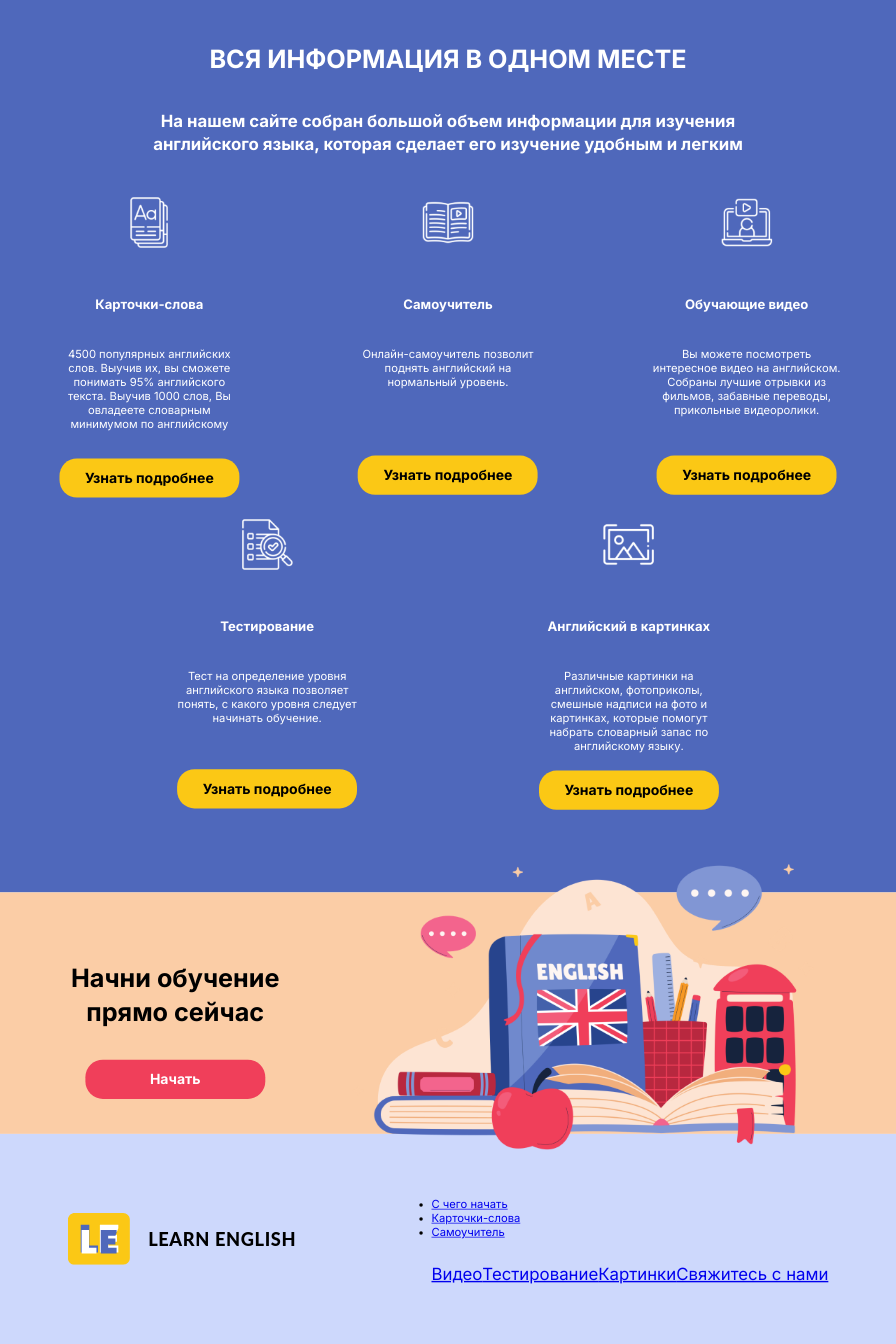
Repository: WladimirVA/Diplom
Page: scool/index.html
An editor plug-in stored every save of this project. The page is shown before and after the next save, followed by the edit.
The browser window is 1280 px wide. The pictures show the part of the page from y = 1377 to 3297 px (the page is 3297 px tall), at 70% of full size.

Above is the page before, as saved 2023-07-19 15:05:24.

After the next save:
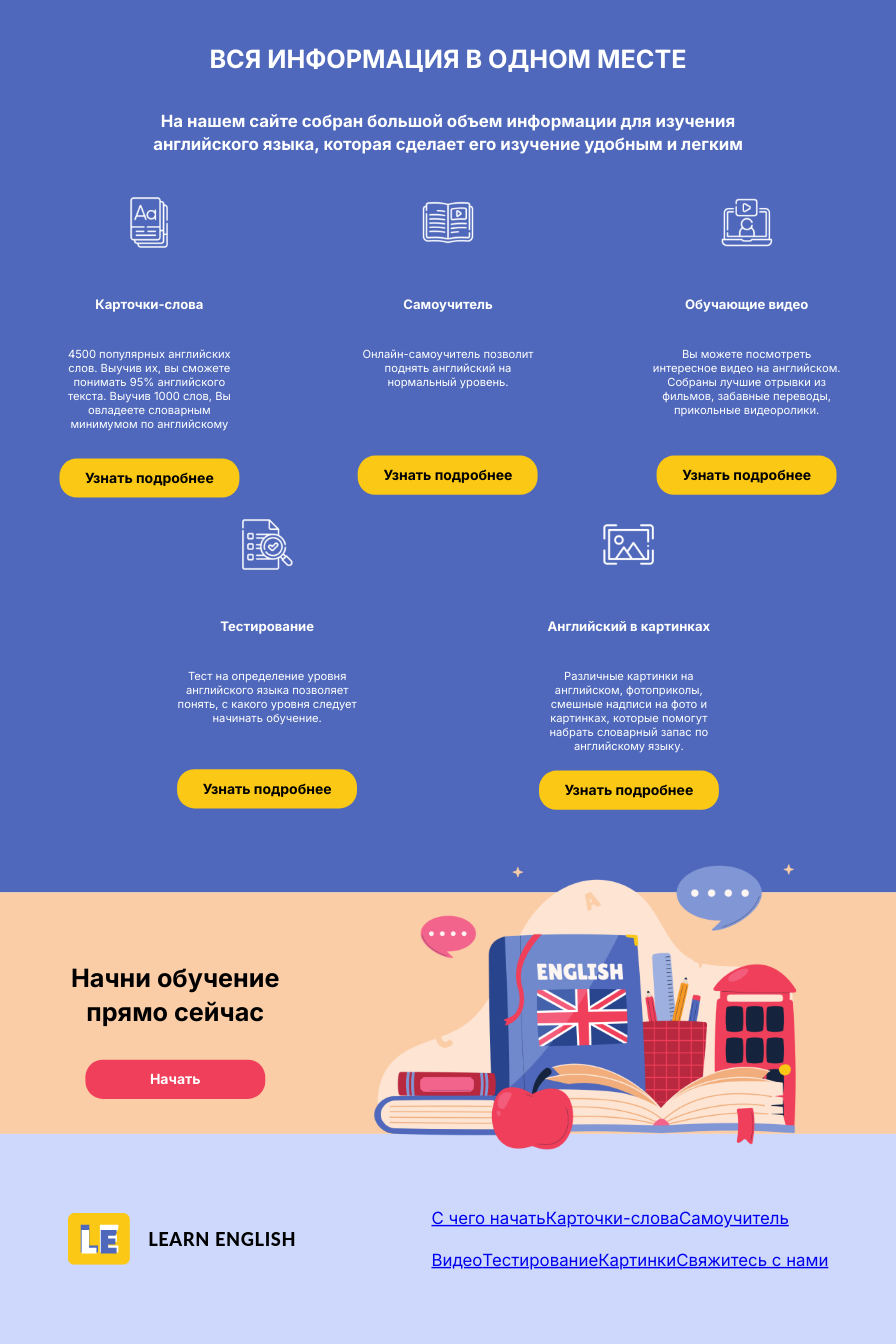
Saved 16 s later.
--- a/scool/css/index.css
+++ b/scool/css/index.css
@@ -371,7 +371,7 @@ ul.ddropdownn .ddropdownn-inside a:hover {/* Цвет фона изменитс
     display: flex;
 }
 
-.ddropdownn1 .ddropdownn2{
+.ddropdownn1 {
     display: flex;
     font-family: Inter;
     font-size: 24px;
